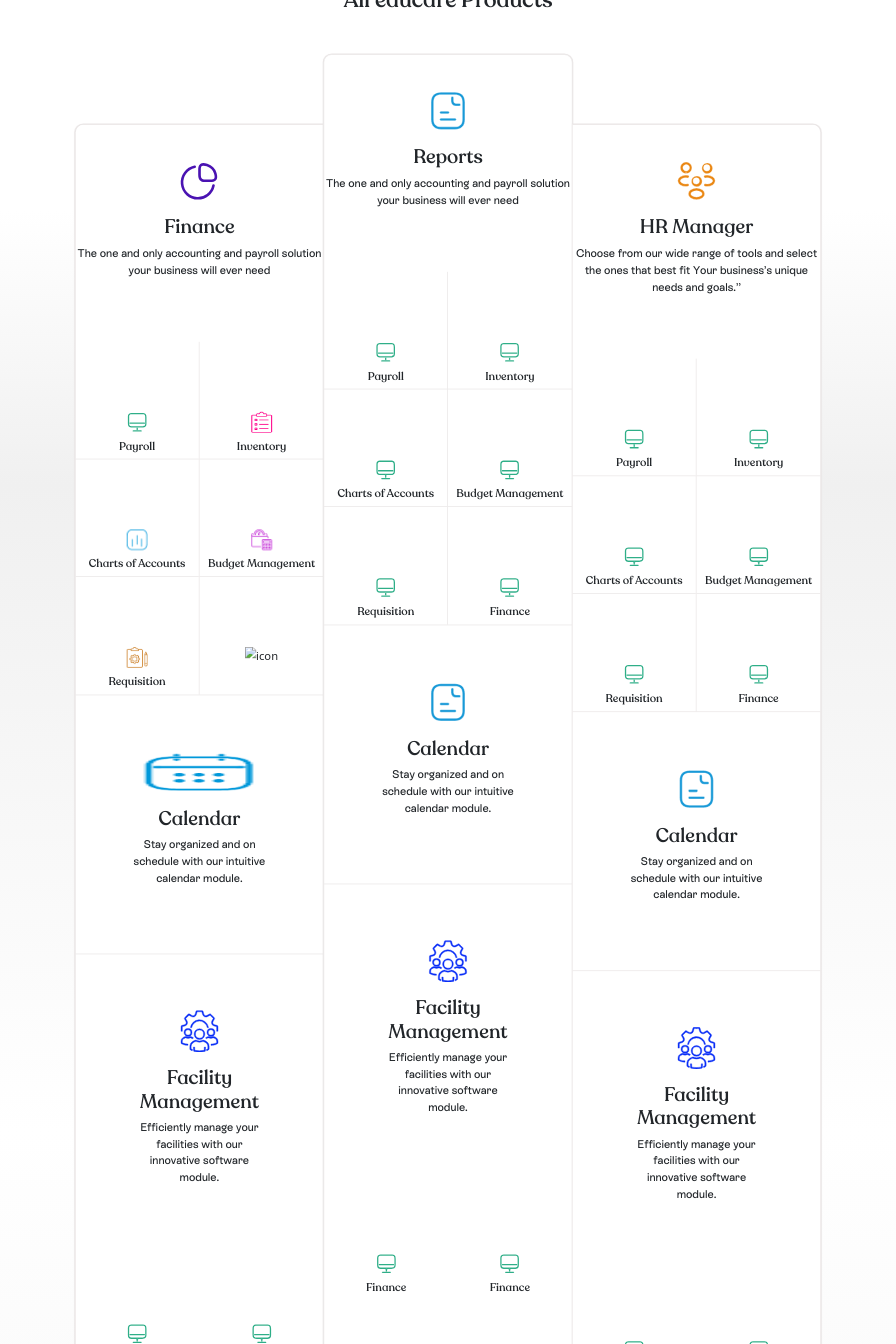
Repository: sarahnnanyelugo/educare-web
Page: /
The author's editor kept a copy of each file at every save. The page is drawn from the files as they stood at one save, then again after the next save.
The browser window is 1280 px wide. The pictures show the part of the page from y = 2956 to 4876 px (the page is 7665 px tall), at 70% of full size.
The project was rebuilt for these pictures with package versions that can differ from the ones it lists, and the page was loaded fresh each time.

Above is the page before, as saved 2023-04-07 01:22:13.

After the next save:
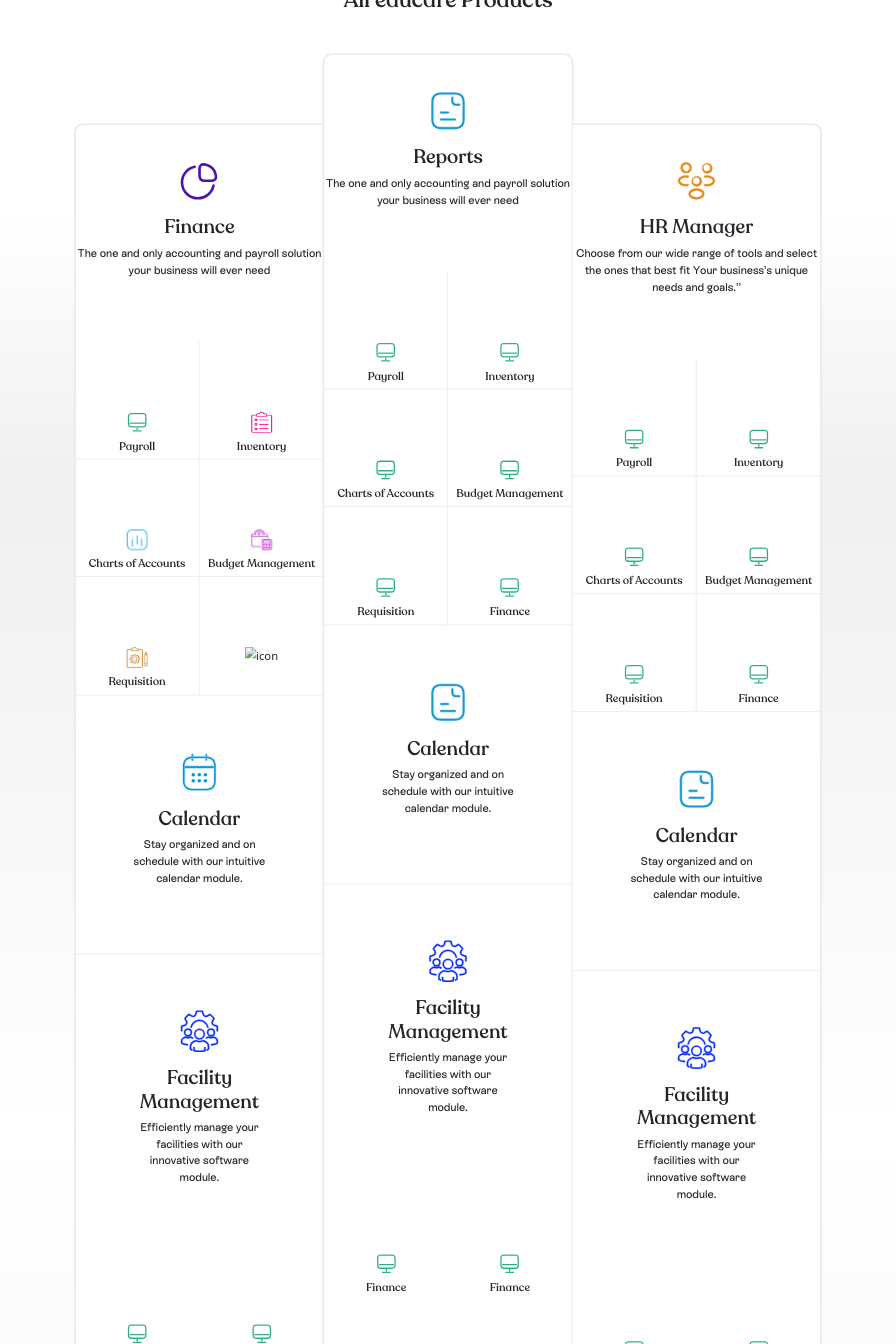
Saved 30 s later.
--- a/src/pages/Home/EducareProducts/educare-products.scss
+++ b/src/pages/Home/EducareProducts/educare-products.scss
@@ -1,6 +1,7 @@
 .educare-products {
   img {
     height: 60px;
+    width: 60px;
     margin-bottom: 20px;
   }
 }
